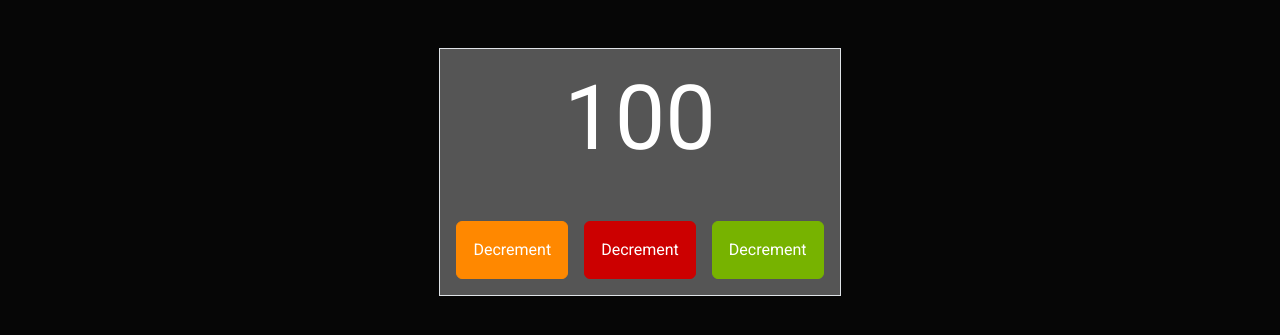
Repository: Afraz13/Emoboo
Page: /
These files come from the project's save history. The page is drawn as it stood at one moment and after a run of saves; the edit follows.
The browser window is 1280 px wide. The pictures show the whole page.
The project was rebuilt for these pictures with package versions that can differ from the ones it lists, and the page was loaded fresh each time.

Above is the page before, as saved 2024-08-15 12:40:02.

### src/index.js
import React from 'react';
import ReactDOM from 'react-dom/client';
import './index.css';
import App from './App';
import '../src/bootstrap.min (5).css'


const root = ReactDOM.createRoot(document.getElementById('root'));
root.render(
  <React.StrictMode>
    <App />
  </React.StrictMode>
);

### src/App.js

import './App.css';
import Counter from './compontent/Counter'

function App() {
  return (
    <div className="App">

      <Counter/>
    </div>
  );
}

export default App;

### src/compontent/Counter.jsx
import React from 'react'

function Counter() {
  return (
    <div className='d-flex justify-content-center align-items-center w-100  flex-column mt-5  '>
        <div className='border p-3 bg-secondary '>
        <h1 style={{fontSize:'90px'}}>100</h1>
        <div className='mt-5'>
            <button className='btn btn-warning p-3'>Decrement</button>
            <button className='btn btn-danger p-3 ms-3'>Decrement</button>
            <button className='btn btn-success p-3 ms-3'>Decrement</button>

        </div>
        </div>

    </div>
  )
}

export default Counter

Loaded but not shown: public/index.html (common file); src/index.css (common file); src/bootstrap.min (5).css (library); src/App.css (common file)

After the next 3 saves:
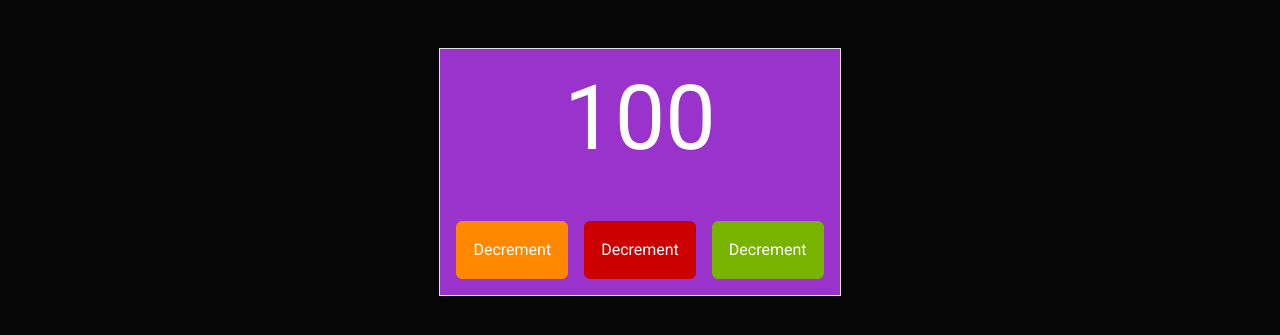
The 3 saves are shown as one change because they came seconds apart.
The last was saved 34 s later.
--- a/src/compontent/Counter.jsx
+++ b/src/compontent/Counter.jsx
@@ -3,7 +3,7 @@
 function Counter() {
   return (
     <div className='d-flex justify-content-center align-items-center w-100  flex-column mt-5  '>
-        <div className='border p-3 bg-secondary '>
+        <div className='border p-3 bg-info '>
         <h1 style={{fontSize:'90px'}}>100</h1>
         <div className='mt-5'>
             <button className='btn btn-warning p-3'>Decrement</button>

After the save that followed:
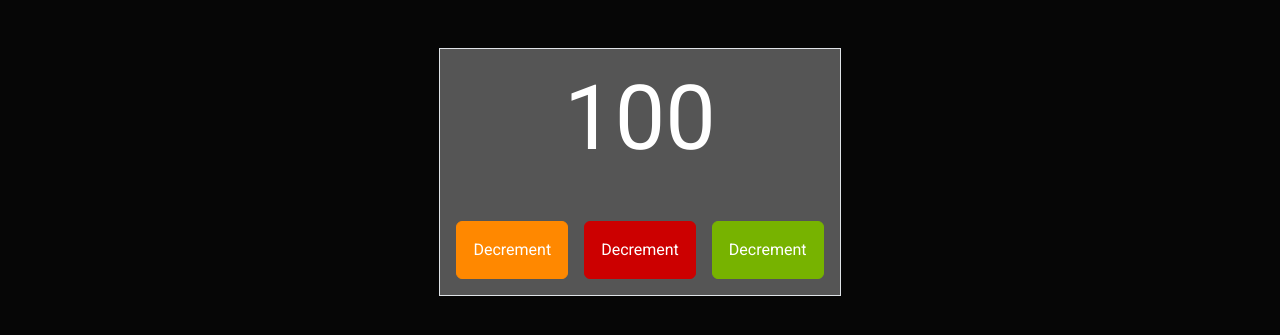
Saved 14 s later.
--- a/src/compontent/Counter.jsx
+++ b/src/compontent/Counter.jsx
@@ -3,7 +3,7 @@
 function Counter() {
   return (
     <div className='d-flex justify-content-center align-items-center w-100  flex-column mt-5  '>
-        <div className='border p-3 bg-info '>
+        <div className='border p-3 bg-secondary '>
         <h1 style={{fontSize:'90px'}}>100</h1>
         <div className='mt-5'>
             <button className='btn btn-warning p-3'>Decrement</button>
